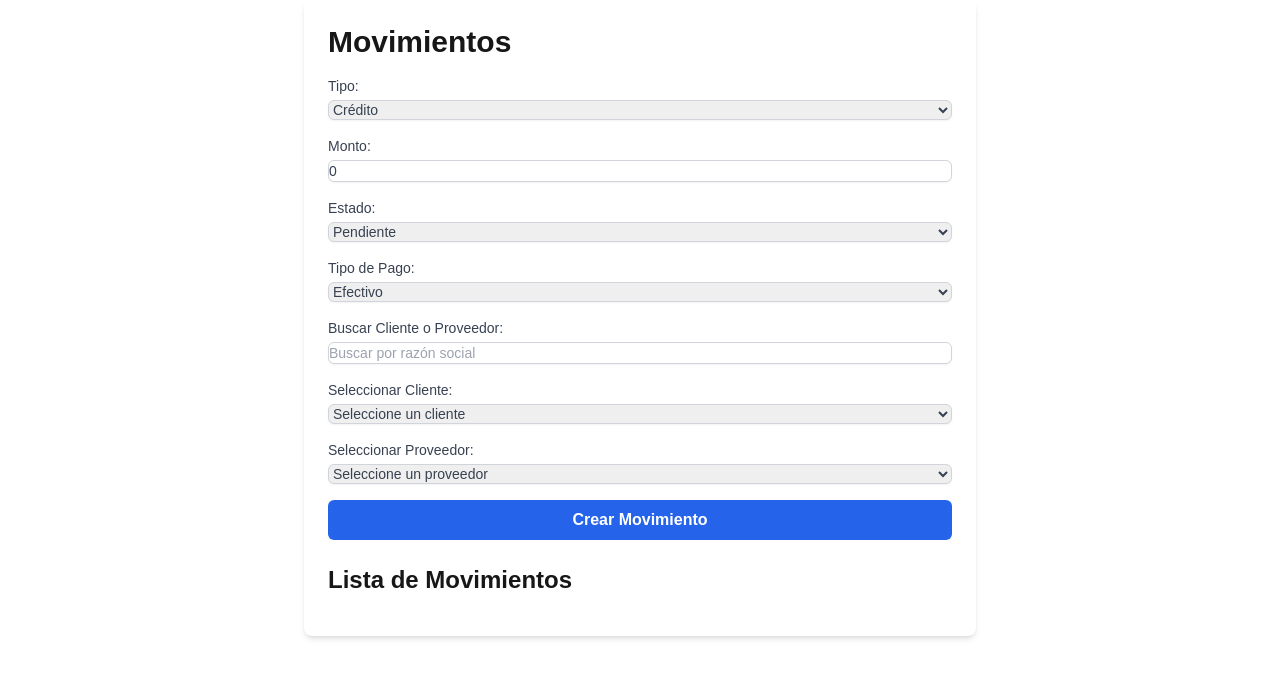
Repository: manucavallera/Sistema-Gestion
Page: /movimientos
These files come from the project's save history. The page is drawn as it stood at one moment and after the next save; the edit follows.
The browser window is 1280 px wide. The pictures show the whole page.
The page's requests for data from a server got no answer. The project was rebuilt for these pictures with package versions that can differ from the ones it lists, and the page was loaded fresh each time. The framework's server and built-in components were replaced by stand-ins that run in the browser. No one was signed in, and anything a server would have sent is missing. Also part of the build but not shown: next.config.mjs.

Above is the page before, as saved 2024-11-21 15:26:15.

After the next save:
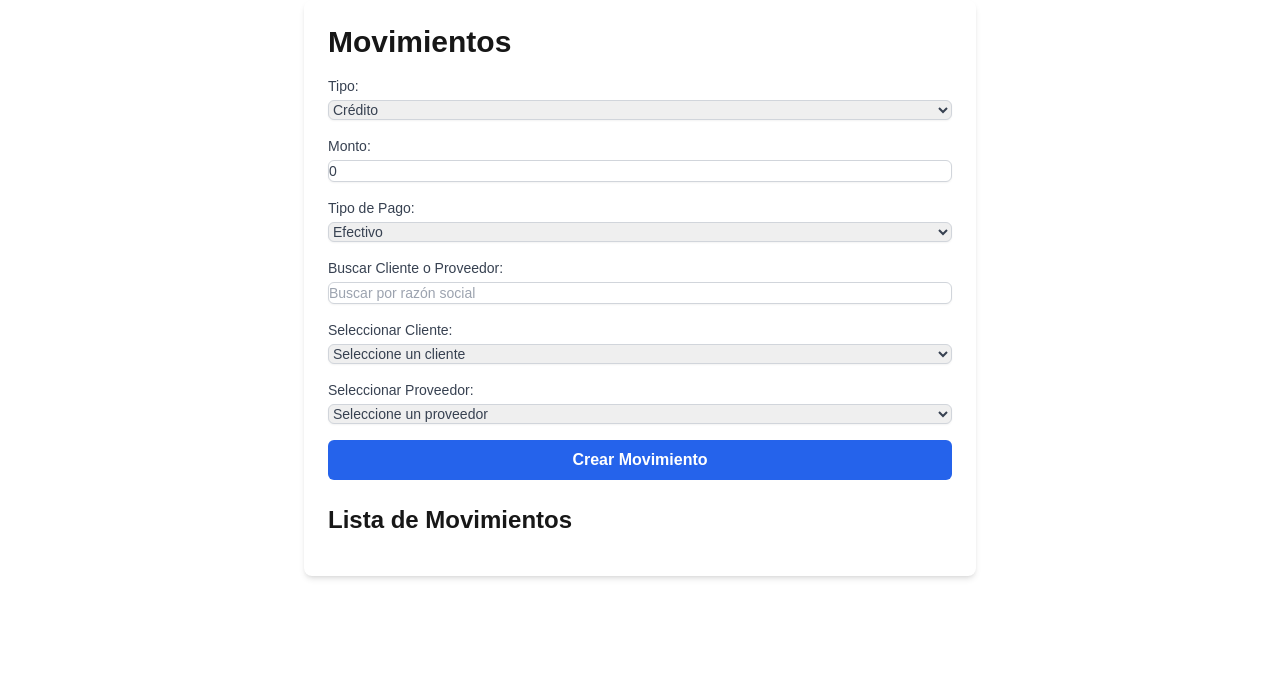
Saved 22 min 59 s later.
--- a/src/app/movimientos/page.tsx
+++ b/src/app/movimientos/page.tsx
@@ -29,7 +29,6 @@ const MovimientosPage = () => {
   const [proveedores, setProveedores] = useState<Proveedor[]>([]);
   const [tipo, setTipo] = useState<string>("CREDITO");
   const [monto, setMonto] = useState<number>(0);
-  const [estado, setEstado] = useState<string>("PENDIENTE");
   const [tipoPago, setTipoPago] = useState<string>("EFECTIVO");
   const [clienteId, setClienteId] = useState<number | null>(null);
   const [proveedorId, setProveedorId] = useState<number | null>(null);
@@ -67,7 +66,7 @@ const MovimientosPage = () => {
       body: JSON.stringify({
         tipo,
         monto,
-        estado,
+        estado: "PENDIENTE", // Estado inicial siempre PENDIENTE
         tipoPago,
         clienteId,
         proveedorId,
@@ -75,21 +74,9 @@ const MovimientosPage = () => {
     });
 
     if (response.ok) {
-      // Actualizar el saldo del cliente o proveedor
-      if (estado === "COMPLETADO") {
-        if (clienteId) {
-          // Actualizar saldo del cliente
-          // Aquí deberías hacer la lógica para actualizar el saldo del cliente
-        } else if (proveedorId) {
-          // Actualizar saldo del proveedor
-          // Aquí deberías hacer la lógica para actualizar el saldo del proveedor
-        }
-      }
-
       // Resetear los estados
       setTipo("CREDITO");
       setMonto(0);
-      setEstado("PENDIENTE");
       setTipoPago("EFECTIVO");
       setClienteId(null);
       setProveedorId(null);
@@ -110,6 +97,19 @@ const MovimientosPage = () => {
     setClienteId(null); // Deshabilitar cliente si se selecciona proveedor
   };
 
+  const cambiarEstadoMovimiento = async (id: number, nuevoEstado: string) => {
+    const response = await fetch(`/api/movimientos/${id}`, {
+      method: "PATCH",
+      headers: {
+        "Content-Type": "application/json",
+      },
+      body: JSON.stringify({ estado: nuevoEstado }),
+    });
+    if (response.ok) {
+      fetchMovimientos(); // Actualizar la lista de movimientos
+    }
+  };
+
   return (
     <div className='max-w-2xl mx-auto p-6 bg-white rounded-lg shadow-md'>
       <h1 className='text-3xl font-bold mb-4'>Movimientos</h1>
@@ -137,20 +137,6 @@ const MovimientosPage = () => {
               required
               className='mt-1 block w-full border border-gray-300 rounded-md shadow-sm focus:ring-blue-500 focus:border-blue-500'
             />
-          </label>
-        </div>
-        <div>
-          <label className='block text-sm font-medium text-gray-700'>
-            Estado:
-            <select
-              value={estado}
-              onChange={(e) => setEstado(e.target.value)}
-              className='mt-1 block w-full border border-gray-300 rounded-md shadow-sm focus:ring-blue-500 focus:border-blue-500'
-            >
-              <option value='PENDIENTE'>Pendiente</option>
-              <option value='COMPLETADO'>Completado</option>
-              <option value='CANCELADO'>Cancelado</option>
-            </select>
           </label>
         </div>
         <div>
@@ -240,24 +226,20 @@ const MovimientosPage = () => {
             {movimiento.tipo} - ${movimiento.monto} - {movimiento.estado} -{" "}
             {movimiento.tipoPago}
             <button
-              onClick={async () => {
-                const response = await fetch(
-                  `/api/movimientos/${movimiento.id}`,
-                  {
-                    method: "PATCH",
-                    headers: {
-                      "Content-Type": "application/json",
-                    },
-                    body: JSON.stringify({ estado: "COMPLETADO" }),
-                  }
-                );
-                if (response.ok) {
-                  fetchMovimientos(); // Actualizar la lista de movimientos
-                }
-              }}
+              onClick={() =>
+                cambiarEstadoMovimiento(movimiento.id, "COMPLETADO")
+              }
               className='ml-4 text-blue-600 hover:underline'
             >
               Marcar como Completado
+            </button>
+            <button
+              onClick={() =>
+                cambiarEstadoMovimiento(movimiento.id, "CANCELADO")
+              }
+              className='ml-4 text-red-600 hover:underline'
+            >
+              Cancelar
             </button>
           </li>
         ))}
